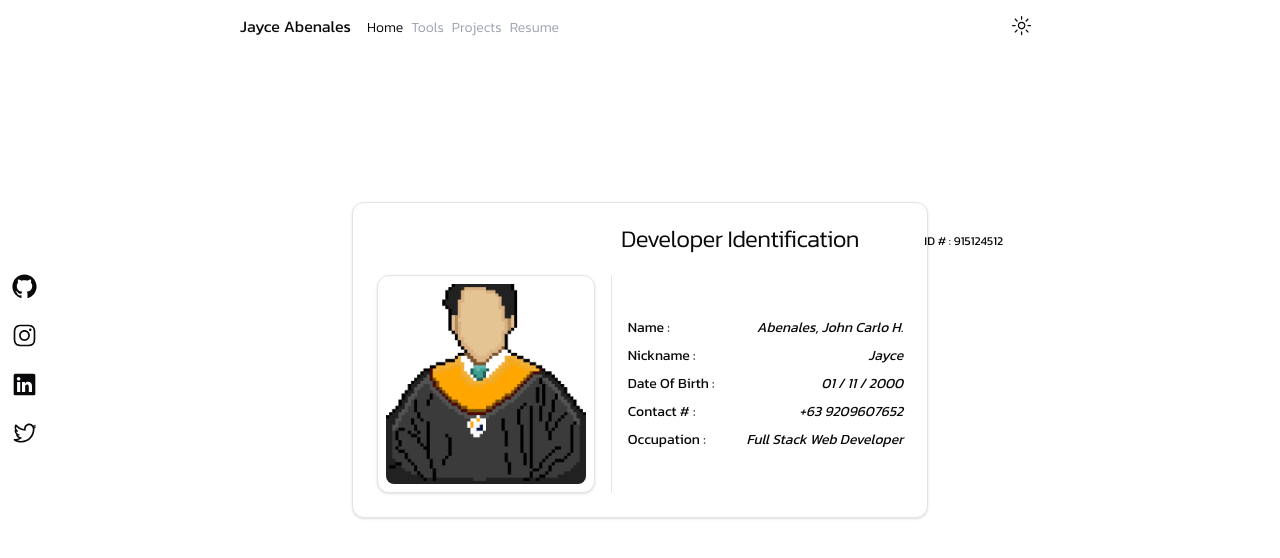
Repository: Jeysmeister/JayceAbenales
Page: /
These files come from the project's save history. The page is drawn as it stood at one moment and after the next save; the edit follows.
The browser window is 1280 px wide. The pictures show the whole page.
The project was rebuilt for these pictures with package versions that can differ from the ones it lists, and the page was loaded fresh each time. The framework's server and built-in components were replaced by stand-ins that run in the browser. Also part of the build but not shown: next.config.mjs.

Above is the page before, as saved 2024-10-08 20:37:35.

After the next save:
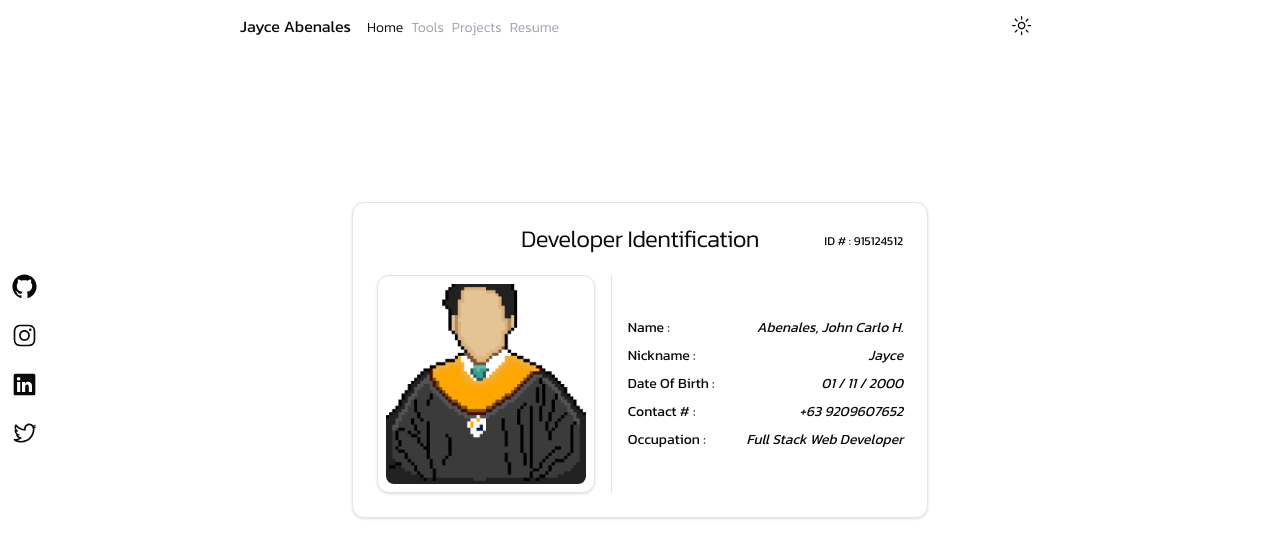
Saved 7 s later.
--- a/app/page.tsx
+++ b/app/page.tsx
@@ -19,7 +19,7 @@
 const item = {
   hidden: { x: 100, opacity: 0 },
   visible: {
-    y: 0,
+    x: 0,
     opacity: 1,
   },
 };
